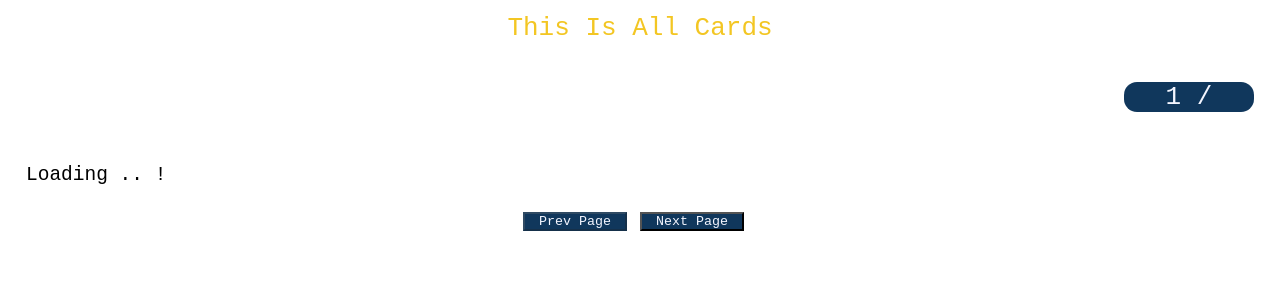
Repository: rehamtaher10/reactQueryTask
Page: /
These files come from the project's save history. The page is drawn as it stood at one moment and after a run of saves; the edit follows.
The browser window is 1280 px wide. The pictures show the whole page.
The page's requests for data from a server got no answer. The project was rebuilt for these pictures with package versions that can differ from the ones it lists, and the page was loaded fresh each time. No one was signed in, and anything a server would have sent is missing. Also part of the build but not shown: vite.config.js.

Above is the page before, as saved 2024-12-07 20:28:12.

### src/main.jsx
import { StrictMode } from "react";
import { createRoot } from "react-dom/client";
import "./style/app.css";
import App from "./App.jsx";
import {
  QueryClient,
  QueryClientProvider,
  useQuery,
} from "@tanstack/react-query";

const queryClient = new QueryClient();

createRoot(document.getElementById("root")).render(
  <StrictMode>
    <QueryClientProvider client={queryClient}>
      <App />
    </QueryClientProvider>
  </StrictMode>
);

### src/style/app.css
*{
    padding: 0;
    margin: 0;
    box-sizing: border-box;
    font-family: monospace;
    font-weight: 400;
}
.productContainer{
    padding: 2em;
    display: flex;
    flex-wrap: wrap;
    gap: 2em;
}
.post{
    width: calc((100% - 4em) / 3);
    background: #f2f2f2;
    border: 1px solid rgba(0, 0, 0, .2);
}
.post img{
    width: 100%;
    height: 350px;
    object-fit: cover;
    display: block;
    margin-left: auto;
    margin-right: auto;
}
.post h2{
    padding-inline: 1em;
    padding-block: 1.5em;
    font-size: 1.3rem;
    color:#10375C;
}
.post p{
    width: fit-content;
    padding-inline: 1em;
    margin-block: .5rem;
    background-color: #EB8317;
    color: #F4F6FF;
    font-size: 1.3rem;
    font-weight: bold;
}
h1{
    color: #F3C623;
    text-align: center;
    padding-block: 1rem;
    font-family: monospace;
    font-size: 2rem;
}
.pagination{
    padding: 2em;
    direction: rtl;
}
.pagination p{
    background-color:#10375C ;
    color: #F4F6FF;
    font-size: 2rem;
    width: 10rem;
    text-align: center;
    border-radius: 1rem;
    direction: ltr;
}
.buttons{
    display: flex;
    align-items: center;
    justify-content: center;

}
.buttons button{
    background-color:#10375C ;
    color: #F4F6FF;
    direction: ltr;
    margin-right: 1rem;
    width: 8rem;
}

### src/App.jsx
import { useQuery } from "@tanstack/react-query";
import React, { useState } from "react";
function App() {
  const [page, setPage] = useState(0);
  const limit = 9;

  const productsFetch = async (page = 0) => {
    const res = await fetch(
      `https://dummyjson.com/products?limit=${limit}&skip=${page * limit}`
    );
    const productRes = await res.json();
    return productRes;
  };

  const { data, isLoading } = useQuery({
    queryKey: ["products", page],
    queryFn: () => productsFetch(page),
  });

  return (
    <>
      <h1>This Is All Cards</h1>

      <div className="pagination">
        <p>{page + 1} / {data?.total && Math.ceil(data?.total / limit)}</p>
      </div>
      <div className="productContainer">
        {isLoading ? (
          <h2>Loading .. !</h2>
        ) : (
          data?.products.map((ele) => (
            <div class="post" key={ele.id}>
              <div>
                <img src={ele.images?.[0]} />
              </div>
              <h2>${ele.title} </h2>
              <p>${ele.price} $</p>
            </div>
          ))
        )}
      </div>
      <div className="buttons">
        <button disabled={page == 0} >Prev Page</button>
        <button disabled={data?.products?.length < limit}>Next Page</button>

      </div>
    </>
  );
}

export default App;

Loaded but not shown: index.html (common file)

After the next 5 saves:
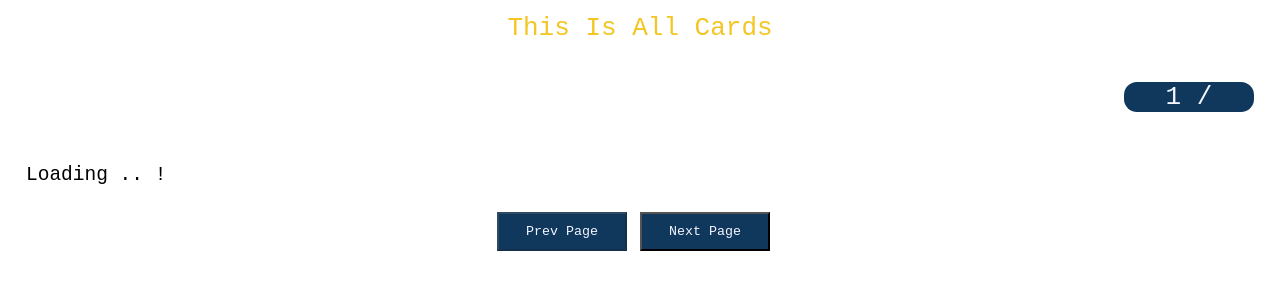
The 5 saves are shown as one change because they came seconds apart.
The last was saved 19 s later.
--- a/src/style/app.css
+++ b/src/style/app.css
@@ -70,5 +70,6 @@ h1{
     color: #F4F6FF;
     direction: ltr;
     margin-right: 1rem;
-    width: 8rem;
+    width: 10rem;
+    height: 3rem;
 }
